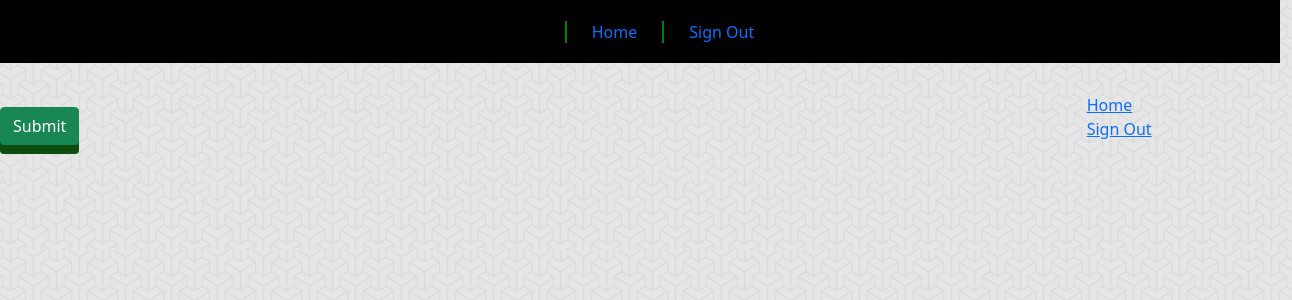
Repository: kavine24/CS490-Python-LMS
Page: html/portal/s/TakeQuiz.html
The author's editor kept a copy of each file at every save. The page is drawn from the files as they stood at one save, then again after the next save.
The browser window is 1280 px wide. The page is 1292 px wide, so the pictures cover 1292 px, including what lies to the right of the window. The pictures show the whole page.
The page's requests for data from a server got no answer.

Above is the page before, as saved 2022-04-20 18:34:39.

After the next save:
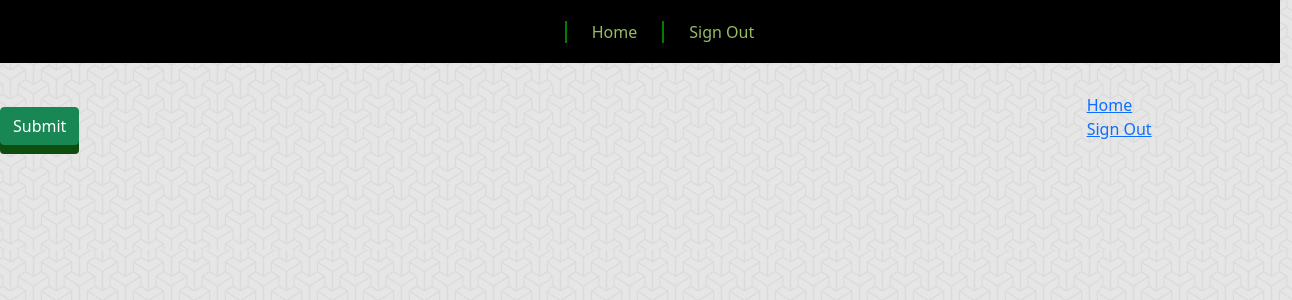
Saved 83 s later.
--- a/html/style.css
+++ b/html/style.css
@@ -121,12 +121,13 @@ body {
   background-color: black;
   text-decoration: none;
   border-left: 2px solid green;
+  color: #97BC62FF;
   padding: 0px 25px;
 }
 
 .navLIST li a:hover {
   background-color: black;
-  color: #97BC62FF;
+  color: #00ff08;
   text-decoration: underline;
 }
 
